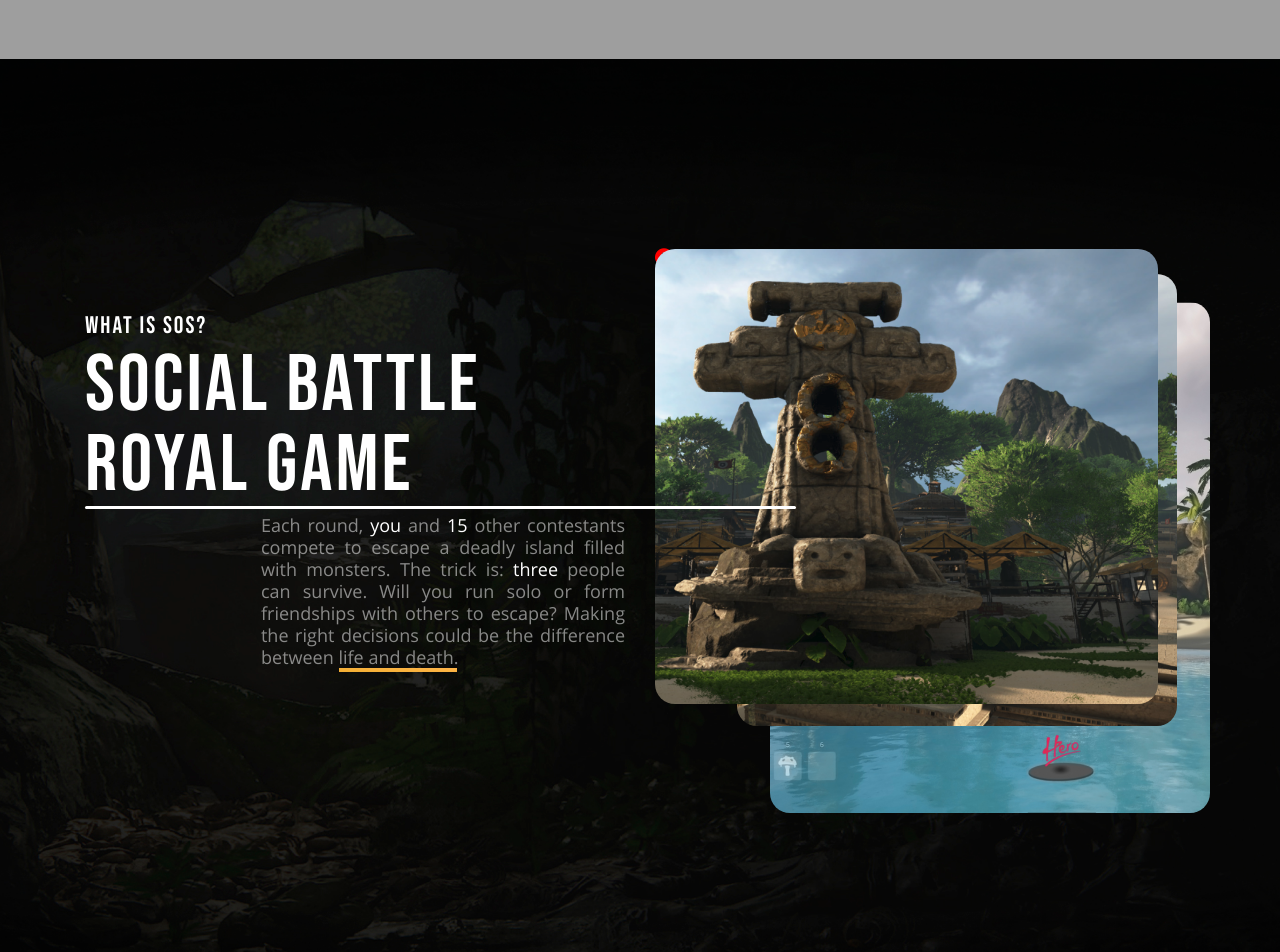
Repository: ZaliskoMykola/gameLanding
Page: index.html
The author's editor kept a copy of each file at every save. The page is drawn from the files as they stood at one save, then again after the next save.
The browser window is 1280 px wide. The pictures show the part of the page from y = 989 to 1941 px (the page is 2098 px tall).
Pictures or frames that could not be fetched are drawn as grey boxes. Some web libraries are served in a nearby version. The style sheet was rebuilt from its Sass, Less or Tailwind sources for each picture, by a compiler version that may differ from the author's.

Above is the page before, as saved 2020-04-05 15:04:20.

### index.html
<!DOCTYPE html>
<html lang="en">

<head>
	<meta charset="UTF-8">
	<meta name="viewport" content="width=device-width, initial-scale=1.0">
	<link rel="stylesheet" href="https://cdnjs.cloudflare.com/ajax/libs/normalize/8.0.1/normalize.min.css">
	<link rel="stylesheet" href="https://stackpath.bootstrapcdn.com/bootstrap/4.4.1/css/bootstrap.min.css"
		integrity="sha384-Vkoo8x4CGsO3+Hhxv8T/Q5PaXtkKtu6ug5TOeNV6gBiFeWPGFN9MuhOf23Q9Ifjh" crossorigin="anonymous">
	<script src="https://kit.fontawesome.com/ae7ac542c7.js" crossorigin="anonymous"></script>
	<link rel="stylesheet" href="lib/css/bootstrap/bootstrap.min.css">
	<link rel="stylesheet" href="css/styles.css">
	<title>Document</title>
</head>

<body>
	<div class="header">
		<div class="container">
			<div class="row header-top-row ">
				<div class="col-2">
					<div class="logo">
						<img src="assets/img/logo.png" alt="">
					</div>
				</div>
				<div class="col-7">
					<ul class="menu">
						<li class="menu__item"><a href="#">main</a></li>
						<li class="menu__item"><a href="#">about</a></li>
						<li class="menu__item"><a href="#">game features</a></li>
						<li class="menu__item"><a href="#">System requirements</a></li>
						<li class="menu__item"><a href="#">quotes</a></li>
					</ul>
				</div>
				<div class="col-3 d-flex justify-content-end">
					<div class="langs">
						<button class="langs__btn">
							<span>eng</span>
							<i class="fas fa-chevron-down icon decor-line"></i>
						</button>
						<div class="langs-dropdown">
							<button class="langs-dropdown__btn">rus</button>
							<button class="langs-dropdown__btn">fra</button>
							<button class="langs-dropdown__btn">deu</button>
						</div>
					</div>
					<div class="header-links">
						<a href="#"><img src="assets/img/xbox.svg" alt=""></a>
						<a href="#"><img src="assets/img/steam.svg" alt=""></a>
					</div>
				</div>
			</div>
			<div class="row header-middle-row">
				<div class="col">
					<h1 class="header__title">SURVIVE AT ALL COSTS</h1>
					<h3 class="header__subtitle">Experience new social battle royale game</h3>
					<button class="cta">
						<span class="cta__title">Buy Now on Steam</span>
						<span class="cta__price">$14.99</span>
					</button>
				</div>
			</div>
			<div class="row header-bottom-row">
				<div class="col">
					<button class="story-btn">
						<div class="story-btn__text">the story</div>
						<i class="fas fa-chevron-circle-down story-btn__down"></i>
					</button>
				</div>
			</div>
		</div>
	</div>
	<div class="about">
		<div class="container">
			<div class="row about-row">
				<div class="col-6 description-left">
					<h3 class="description-left__title description-left__title--top">What is sos?</h3>
					<h1 class="description-left__title description-left__title--bot">Social battle royal game</h1>
					<p class="description-left__text">Each round, <span class="description-left__text--snow">you</span> and
						<span class="description-left__text--snow">15</span> other contestants compete to
						escape a deadly island filled with monsters. The trick is: <span
							class="description-left__text--snow">three</span> people can survive. Will you run
						solo or form friendships with others to escape?
						Making the right decisions could be the
						difference between life and death.</p>
				</div>
				<div class="col-6 description-right">
					<div class="gallery">
						<div class="gallery-content">
							<img class="gallery-content__img gallery-content__img--img1" src="./assets/img/gallery1.png"
								alt="">
							<img class="gallery-content__img gallery-content__img--img2" src="./assets/img/gallery2.png"
								alt="">
							<img class="gallery-content__img gallery-content__img--img3" src="./assets/img/gallery3.png"
								alt="">
							<div class="gallery-navigation">
								<i class="fas fa-chevron-circle-right gallery-navigation--right"></i>
							</div>
						</div>
					</div>
				</div>
			</div>
		</div>
	</div>
</body>

</html>

### scss/styles.scss
@import "variables.scss";
@import "fonts.scss";

body {
	font-family: $regular_font;
	font-size: $regular_size;
}

.header {
	padding-top: 22px;
	height: 1050px;
	background-image: url("../assets/img/bgimage1.png");
	background-size: cover;
	background-repeat: no-repeat;
	background-position: 0 100%;
	margin-bottom: -2px; /*!!!!*/
	&-top-row {
		align-items: center;

		.logo {
			img {
				width: 55px;
				height: 55px;
			}
		}

		.menu {
			margin: 0;
			display: flex;
			justify-content: space-between;

			li {
				list-style: none;
				color: #ffffff;
				font-size: 12px;
				font-family: $bold_font;
				line-height: 16px;
				text-transform: uppercase;

				a {
					text-decoration: none;
					color: #ffffff;
				}
			}
		}

		.langs {
			position: relative;
			display: flex;

			.langs__btn {
				position: relative;
				font-family: $bold_font;
				font-weight: bold;
				font-size: 12px;
				line-height: 16px;
				text-transform: uppercase;
				outline: none;
				color: #ffffff;
				background: transparent;
				border: none;
				padding: 0;
				padding-right: 23px;

				&::after {
					content: "";
					display: block;
					position: absolute;
					width: 1px;
					height: 30px;
					opacity: 0.5;
					background: #ffffff;
					right: 0;
					bottom: 0;
				}

				.icon {
					font-size: 10px;
					color: #ffffff;
					margin-left: 3px;
				}
			}

			.langs-dropdown {
				display: none;
				padding: 3px 5px 8px;
				display: flex;
				flex-direction: column;
				width: 65px;
				position: absolute;
				opacity: 0.7;
				background: rgba(0, 0, 0, 0.75);
				border-radius: 3px;
				left: -1px;
				width: 45px;
				top: 100%;

				.langs-dropdown__btn {
					text-align: left;
					height: 20px;
					font-family: $bold_font;
					font-weight: bold;
					font-size: 12px;
					line-height: 16px;
					text-transform: uppercase;
					outline: none;
					color: #ffffff;
					background: transparent;
					border: none;
					padding: 0;
				}
			}
		}

		.header-links {
			margin-left: 25px;

			a {
				width: 30px;
				height: 30px;
				margin-right: 18px;

				&:last-child {
					margin-right: 0;
				}

				img {
					width: 30px;
					height: 30px;
				}
			}
		}
	}

	&-middle-row {
		margin: 238px 0 364px;
		text-align: center; /*!!!!!!!!!!!!!!!*/
		color: #ffffff;

		.header__title {
			font-family: $title_font;
			font-size: $h1_size;
			font-style: normal;
			font-weight: bold;
			margin-bottom: 0;
			line-height: 80px;
			letter-spacing: 3px;
			text-transform: uppercase;
		}

		.header__subtitle {
			font-family: $title_font;
			font-size: $h3_size;
			letter-spacing: 2px;
			line-height: 24px;
			margin-bottom: 24px;
		}

		.cta {
			position: relative;
			padding: 0;
			width: 260px;
			height: 60px;
			border-radius: 4px;
			background: $dark_tangerine;
			outline: none;
			border: none;

			&__title {
				position: relative; /*!!!!!!!!!!!!!!!*/
				font-family: $bold_font;
				margin-right: 26px;
				line-height: 22px;
				color: #1a1917;
				font-size: $mainButton_size;

				&::after {
					display: block;
					position: absolute;
					content: "";
					top: -4px; /*!!!!!!!!!!!!!!!*/
					left: 165px; /*!!!!!!!!!!!!!!!*/
					transform: rotate(-20deg); /*!!!!!!!!!!!!!!!*/
					display: block;
					width: 2px;
					height: 30px;
					opacity: 0.6;
					background: #1a1917;
				}
			}

			&__price {
				position: relative; /*!!!!!!Ще сказати на великому екрані картинка ріжеться БГ!!!!!!!!!*/
				font-family: $bold_font;
				font-size: $mainButton_size;
				color: #1a1917;
				line-height: 22px;
			}
		}
	}

	.header-bottom-row {
		text-align: center;
		margin-bottom: 60px;

		.story-btn {
			width: 100%;
			height: 25px;
			border: none;
			background: none;
			outline: none;

			.story-btn__text {
				font-family: $bold_font;
				font-size: $nav_size;
				text-transform: uppercase;
				line-height: 22px;
				text-align: justify;
				text-align: center;
				color: #ffffff;
			}

			.story-btn__down {
				color: #ffffff;
			}
		}
	}
}

.about {
	background: url("../assets/img/bgimage2.png");
	height: 1050px;
	background-size: cover;
	background-repeat: no-repeat;
	background-position: top;

	padding-top: 190px;

	.description-left {
		padding-top: 65px;
		&__title {
			font-family: $title_font;
			color: #ffffff;
			text-transform: uppercase;

			&--top {
				line-height: 24px;
				letter-spacing: 2px;
				font-size: $h3_size;
			}

			&--bot {
				letter-spacing: 3px;
				line-height: 80px;
				font-size: $h1_size;

				&::after {
					content: "";
					display: block;
					position: absolute;
					border-radius: 4px;
					height: 3px;
					width: 711px;
					z-index: 20;
					background: #ffffff;
				}
			}
		}

		&__text {
			color: #ffffff83;
			font-family: $regular_font;
			font-size: $regular_size;
			line-height: 22px;
			width: 364px;
			height: 174px;
			text-align: justify;
			margin-left: auto;

			&--snow {
				color: #ffffff;
			}

			&::after {
				height: 4px;
				content: "";
				background: $dark_tangerine;
				display: block;
				width: 118px;
				margin-left: 78px;
			}
		}
	}

	.description-right {
		.gallery {
			.gallery-content {
				&__img {
					position: absolute;
					background-position: 0 100%;
					background-size: cover;
					border-radius: 20px;

					&--img1 {
						width: 503px;
						height: 100%;
						z-index: 3;
					}

					&--img2 {
						width: 440px;
						height: calc(100% - 3px);
						left: 97px;
						top: 25px;
						z-index: 2;
					}

					&--img3 {
						width: 440px;
						height: 511px;
						left: 130px;
						top: 53px;
						z-index: 1;
					}
				}
			}

			.gallery-navigation {
				position: absolute;
				&--right {
					color: red;
					position: absolute;
				}
			}
		}
	}
}

### scss/variables.scss
/*Colors*/
$dark_tangerine: linear-gradient(183.46deg, #ffb548 11.27%, #f3af34 90.4%);

/*Size*/
$h1_size: 80px;
$h2_size: 36px;
$h3_size: 24px;
$regular_size: 18px;
$subtext_size: 14px;
$mainButton_size: 16px;
$nav_size: 12px;

/*Fonts*/
$title_font: "Bebas Neue";
$regular_font: "Open Sans regular";
$bold_font: "Open Sans bold";

### scss/fonts.scss
@font-face {
	font-family:'Bebas Neue';
	src: url("../assets/fonts/Bebas_Neue/BebasNeue-Regular.ttf"); /* Путь к файлу со шрифтом */
  }

@font-face{
	font-family: 'Open Sans bold';
	src: url("../assets/fonts/Open_Sans/OpenSans-Bold.ttf");
}
@font-face{
	font-family:"Open Sans regular";
	src: url("../assets/fonts/Open_Sans/OpenSans-Regular.ttf");
}

Loaded but not shown: lib/css/bootstrap/bootstrap.min.css (library)

After the next save:
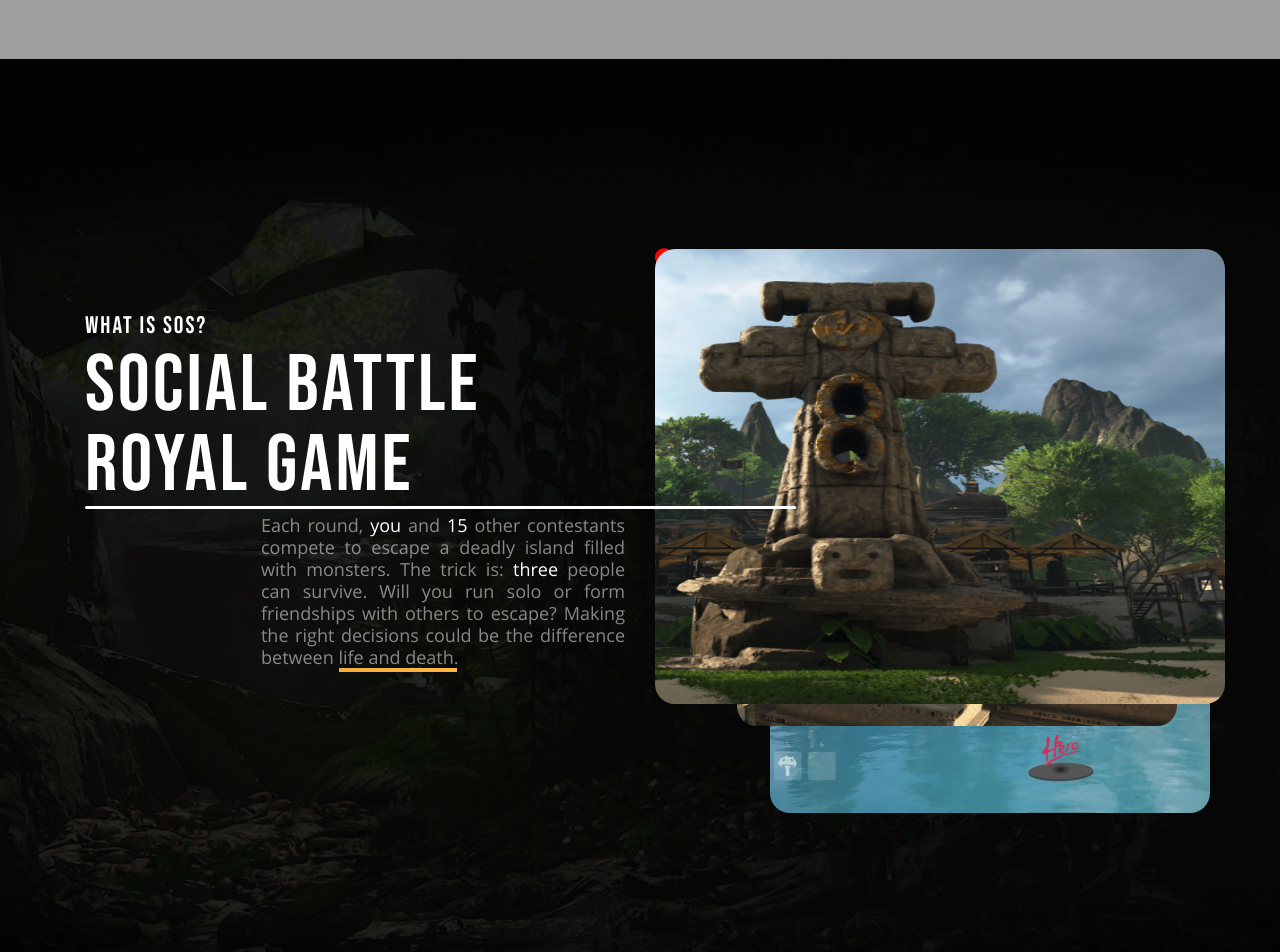
Saved 2 min 43 s later.
--- a/scss/styles.scss
+++ b/scss/styles.scss
@@ -302,7 +302,7 @@
 					border-radius: 20px;
 
 					&--img1 {
-						width: 503px;
+						width: 100%;
 						height: 100%;
 						z-index: 3;
 					}
